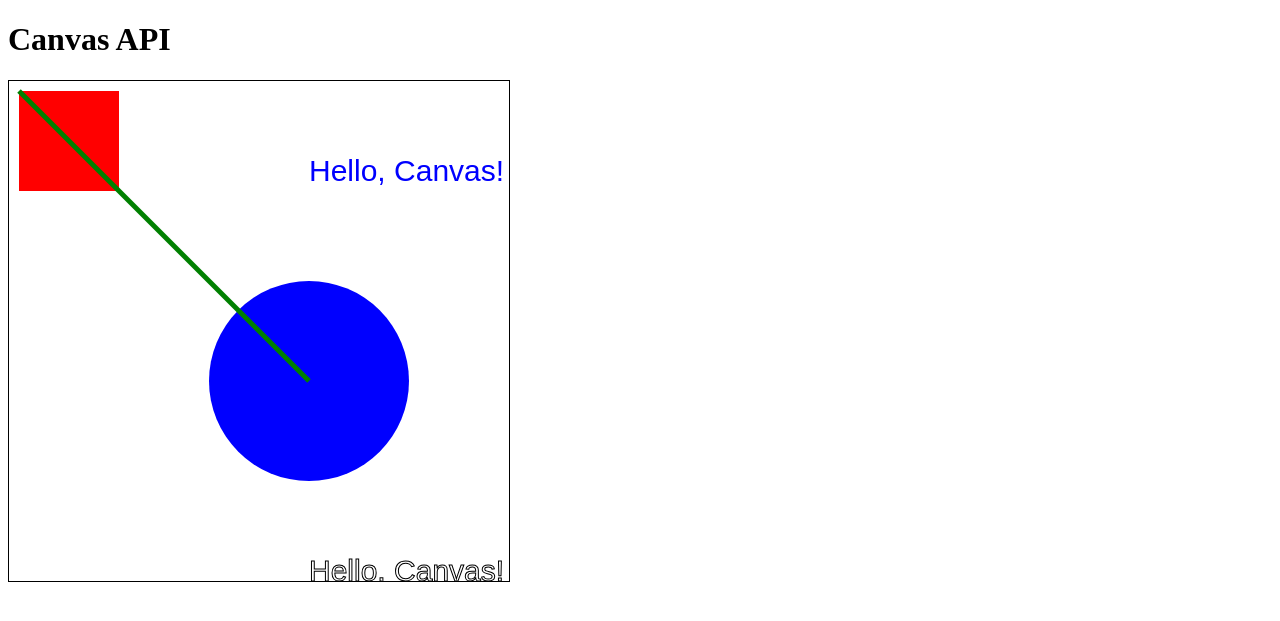
Repository: aobeid1979/small-ideas-
Page: Canvas API/index.html
The author's editor kept a copy of each file at every save. The page is drawn from the files as they stood at one save, then again after a run of saves.
The browser window is 1280 px wide. The pictures show the whole page.

Above is the page before, as saved 2025-06-28 13:45:14.

After the next 2 saves:
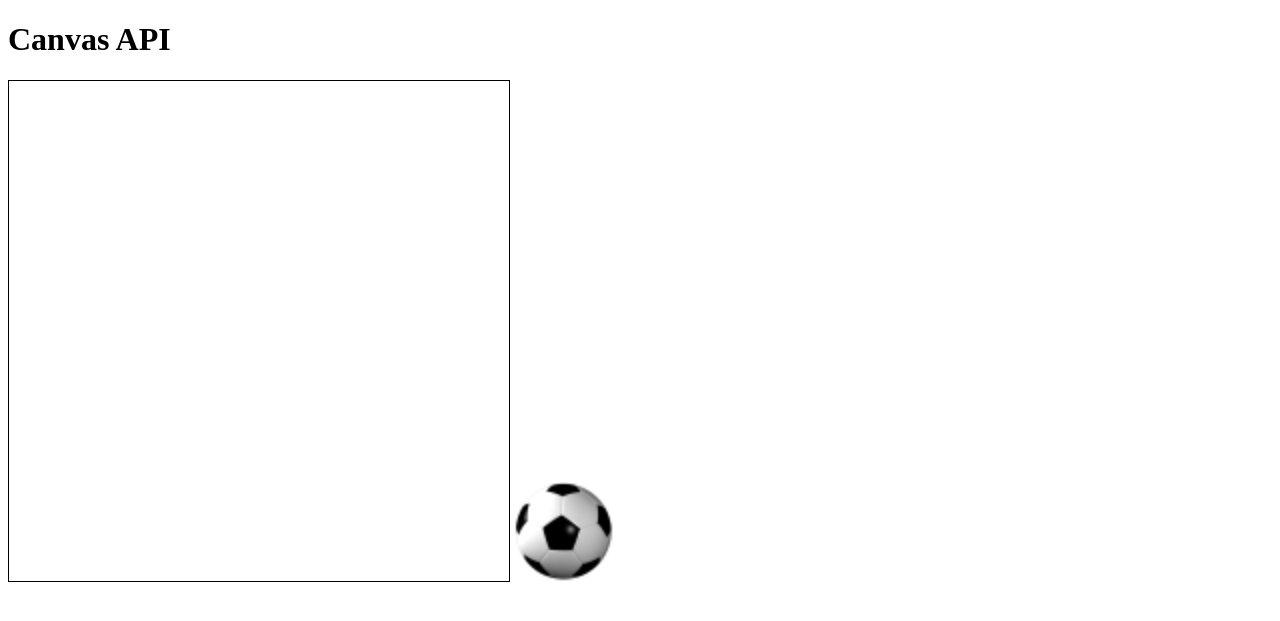
Console error: SyntaxError: Unexpected token ')'
The 2 saves are shown as one change because they came seconds apart.
The last was saved 31 s later.
--- a/Canvas API/script.js
+++ b/Canvas API/script.js
@@ -28,4 +28,4 @@
 const img = document.querySelector('img');
 img.style.display= 'none';
 
-img.addEventListener('load' , )
+img.addEventListener('load' , () => )

After the 3 saves that followed:
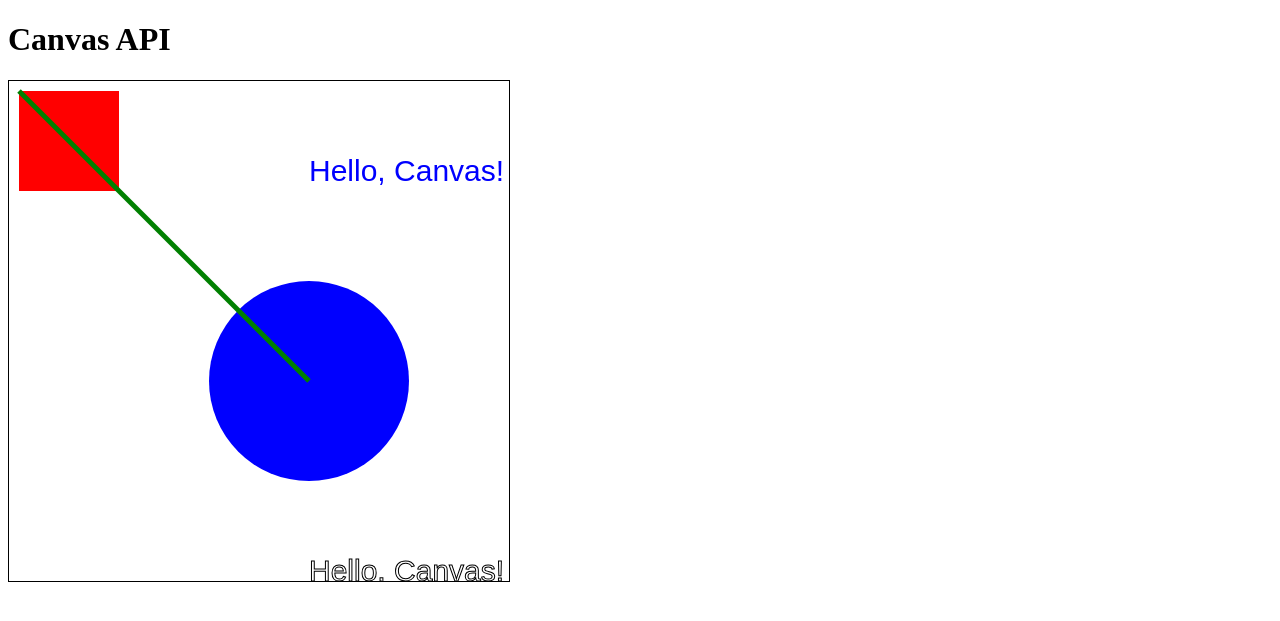
The error is gone.
The 3 saves are shown as one change because they came seconds apart.
The last was saved 9 s later.
--- a/Canvas API/script.js
+++ b/Canvas API/script.js
@@ -28,4 +28,4 @@
 const img = document.querySelector('img');
 img.style.display= 'none';
 
-img.addEventListener('load' , () => )
+img.addEventListener('load' , () => ctx.drawImage)
